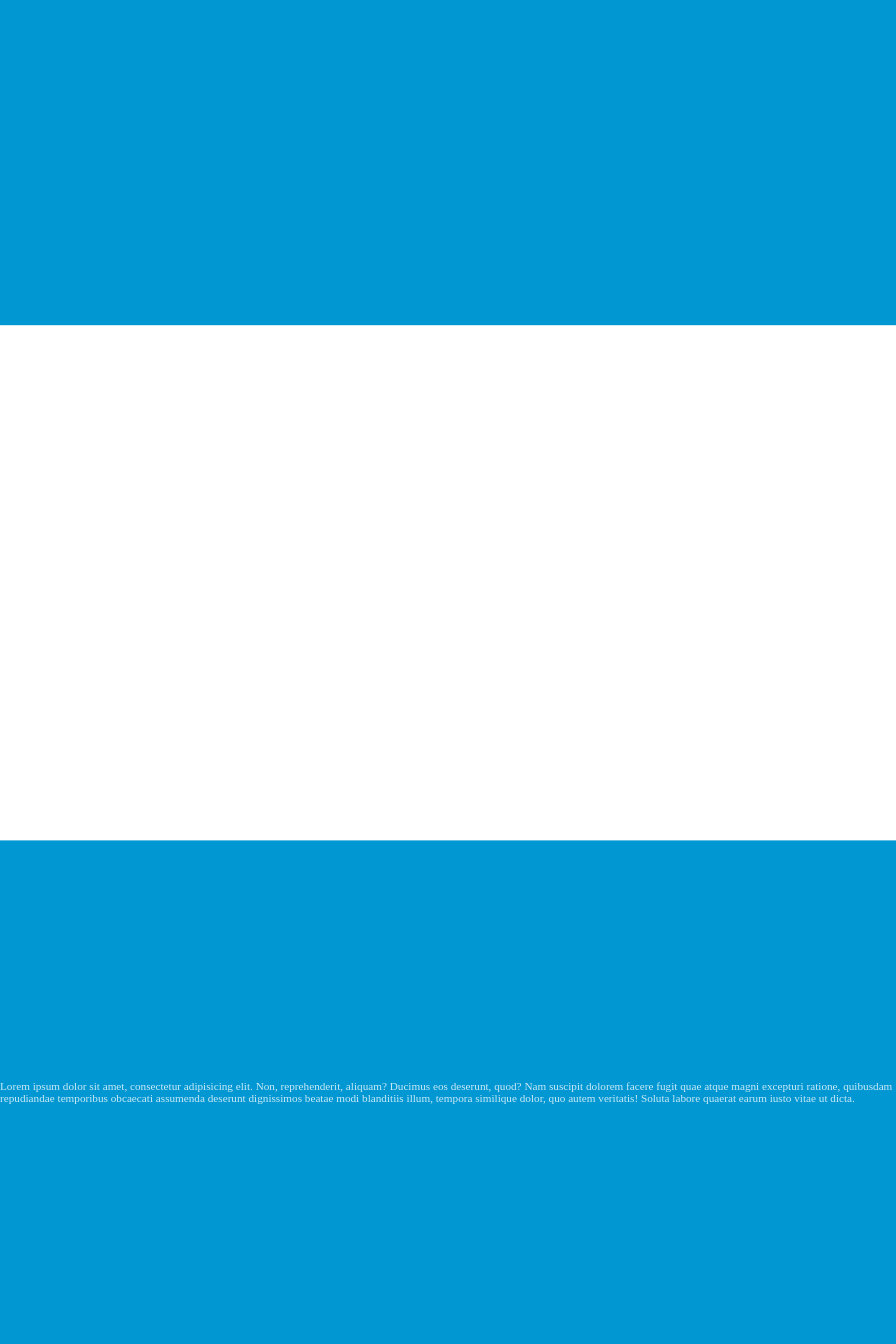
Repository: LiamB123/Adaptive-Sizing-Practice
Page: MP.html
The author's editor kept a record of every edit. The page is drawn from the files as they stood at one moment, then again after the next edit.
The browser window is 1280 px wide. The pictures show the part of the page from y = 992 to 2912 px (the page is 2912 px tall before and 2896 px after), at 70% of full size.

Above is the page before.

### MP.html
<!DOCTYPE html>
<html lang="en">
<head>
    <meta charset="UTF-8">
    <meta name="viewport" content="width=device-width, initial-scale=1.0">
    <meta http-equiv="X-UA-Compatible" content="ie=edge">
    <link rel="stylesheet" href="MP.css" type="text/css" />
    <title>Document</title>
</head>

<body>
  <main class='main'></main>
   <header class="header">

   <div class="logo">Logo</div>
   </header>

       <section class="section">
           <article class="article column-60"></article>
           <p class='sectipon-parragraph'></p>
           whwhoerhgehgerv

           <aside class="article column-40"></aside>

           <p class="section-paragraph">Lorem ipsum dolor sit amet, consectetur adipisicing elit. Non veniam ducimus aspernatur, dolorem error quam, officia illo fugit, totam aliquam fuga incidunt iusto culpa quia perferendis, eos natus modi reiciendis rem. Iure fuga libero est dignissimos consequatur ab illo numquam debitis laudantium delectus sit vel, maiores at voluptates eos aut.
           </p>

           <footer class="footer">
               Lorem ipsum dolor sit amet, consectetur adipisicing elit. Sed iste pariatur enim fuga at possimus, architecto sit necessitatibus ducimus fugiat. Tempore libero tenetur, labore ab nesciunt voluptate laborum placeat culpa, obcaecati, facilis non praesentium necessitatibus eligendi amet? Vitae minus, aut repellendus doloremque eos, nobis quo esse nihil, fuga, mollitia a.

           </footer>
       </section>

<main class="main"></main>
<header class="header">
    <div class="logo"> LOGO</div>
   </header>

    <section class="section">
        <article class="article column column-60"></article>
        <aside class="aside column column-40 ">
            <p class="section-paragraph">
                Lorem ipsum dolor sit amet, consectetur adipisicing elit. Non, reprehenderit, aliquam? Ducimus eos deserunt, quod? Nam suscipit dolorem facere fugit quae atque magni excepturi ratione, quibusdam repudiandae temporibus obcaecati assumenda deserunt dignissimos beatae modi blanditiis illum, tempora similique dolor, quo autem veritatis! Soluta labore quaerat earum iusto vitae ut dicta.
            </p>
        </aside>
    </section>

</header>

</body>
</html>

### MP.css
body, html {
    height:100%;
    margin:0;
    color:rgba( 255, 255, 255, .8);
}

.header
    { position: fixed;
    top:0;
    left: 0;
    right: 0;
    background-color:#e84610;
    padding: 15px 25px;

    }

.main { height:100%; }

    .section { background-color: #0097d3;
        height:100%;
    }

.article, .aside{
    position:relative;
    top:50%;
    transform:translateY(-50%) ;
}
.section-paragraph { font-size: 1em;

}
.footer{ background-color:#4a4a4f;
padding:15px;}

After the next edit:
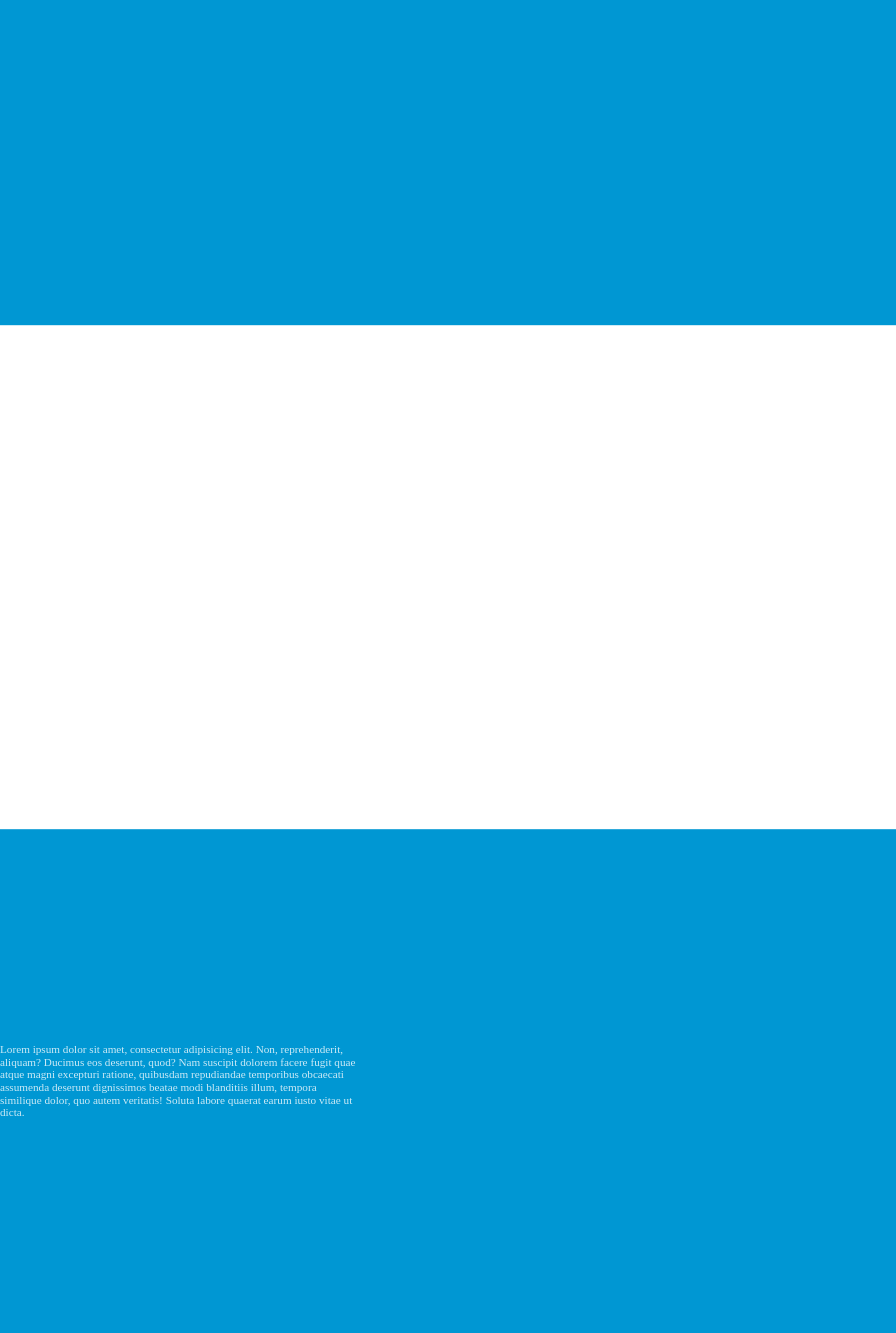
The edit:
--- a/MP.css
+++ b/MP.css
@@ -30,3 +30,11 @@
 }
 .footer{ background-color:#4a4a4f;
 padding:15px;}
+
+.column { float:left;
+
+}
+@media (min-width: 768px){
+    .column-60{width:60%;}
+    .column-40{width:40%;}
+}
